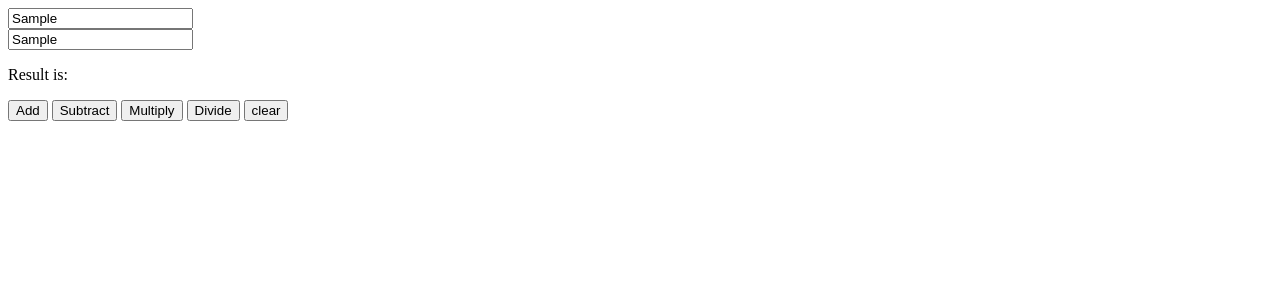
Repository: SHASHIDHAR-as/Spring
Page: spring-jsp-servelets/webapp/Webapp1/src/main/webapp/Calculator.html
These files come from the project's save history. The page is drawn as it stood at one moment and after the next save; the edit follows.
The browser window is 1280 px wide. The pictures show the whole page.
Empty fields were first filled with sample values (such as "Sample", 5 or name@example.com).
After loading, the first visible `button[onclick="clearvalue()"]` was clicked once.

Above is the page before, as saved 2024-07-31 05:44:28.

After the next save:
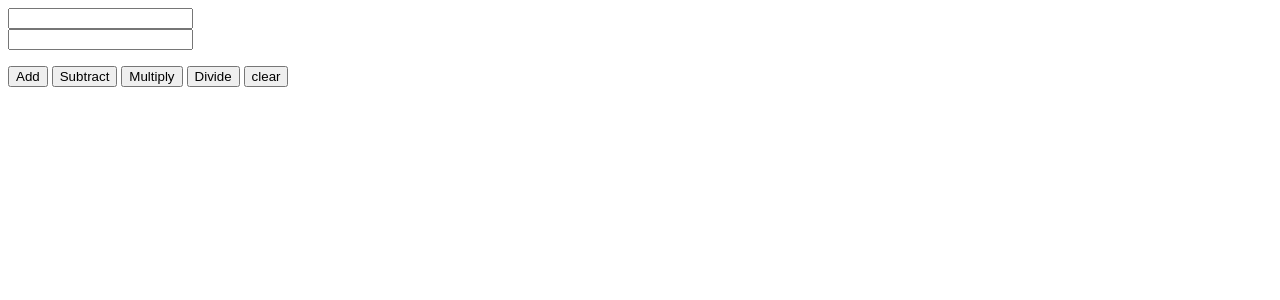
Saved 76 s later.
--- a/spring-jsp-servelets/webapp/Webapp1/src/main/webapp/Scripts/calcscript.js
+++ b/spring-jsp-servelets/webapp/Webapp1/src/main/webapp/Scripts/calcscript.js
@@ -41,7 +41,8 @@ function sub(){
  }
 
  function clearvalue(){
-  document.getElementById("num1").innerHTML="";
-    document.getElementById("num2").innerHTML="";
+  document.getElementById("num1").value="";
+   document.getElementById("num2").value="";
+    document.getElementById("result").innerHTML="";
 
 }
